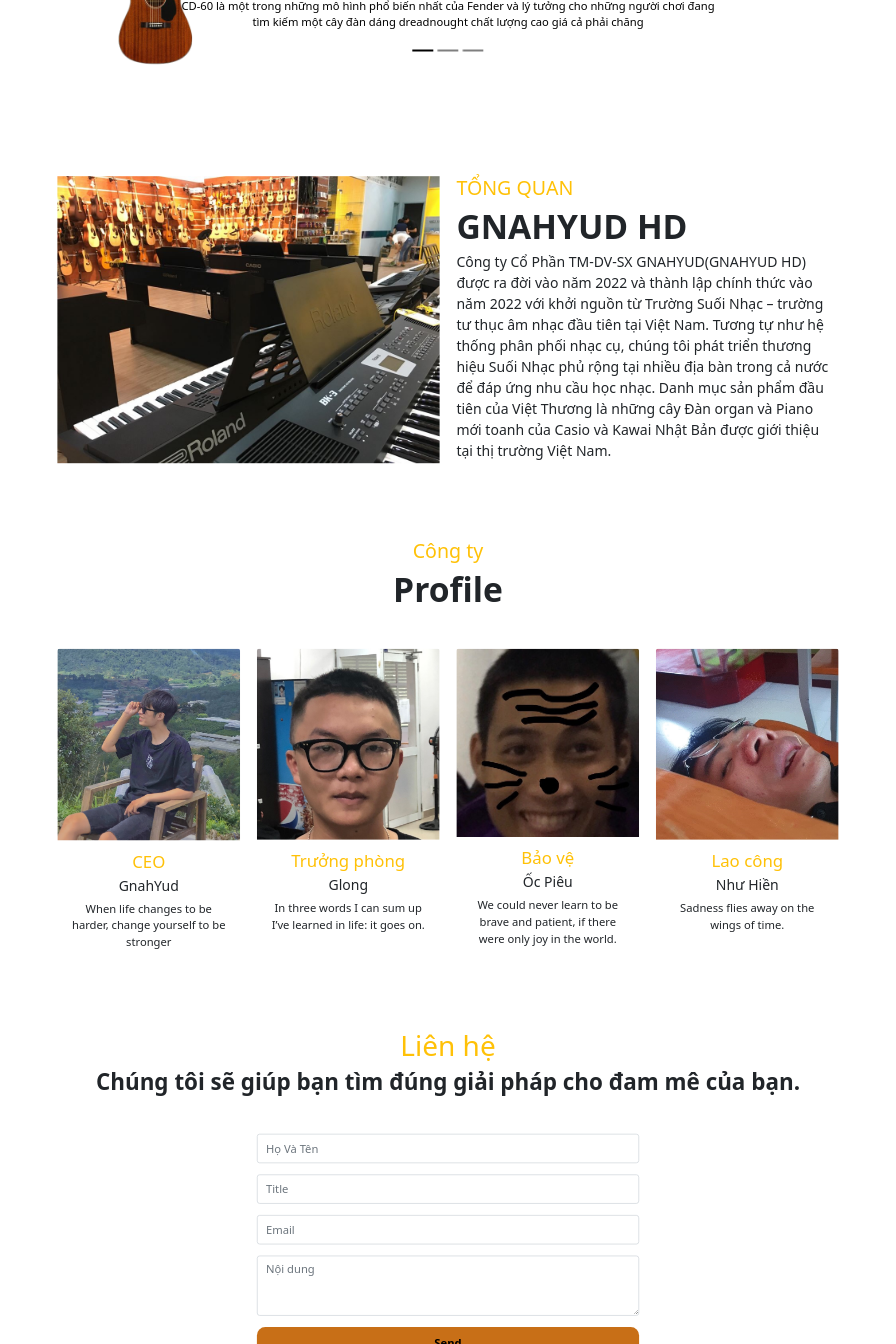
Repository: HoangDuy315/guitar
Page: index.html
These files come from the project's save history. The page is drawn as it stood at one moment and after the next save; the edit follows.
The browser window is 1280 px wide. The pictures show the part of the page from y = 2424 to 4344 px (the page is 4930 px tall before and 4938 px after), at 70% of full size.
Some web libraries are served in a nearby version.

Above is the page before, as saved 2022-09-17 20:17:57.

After the next save:
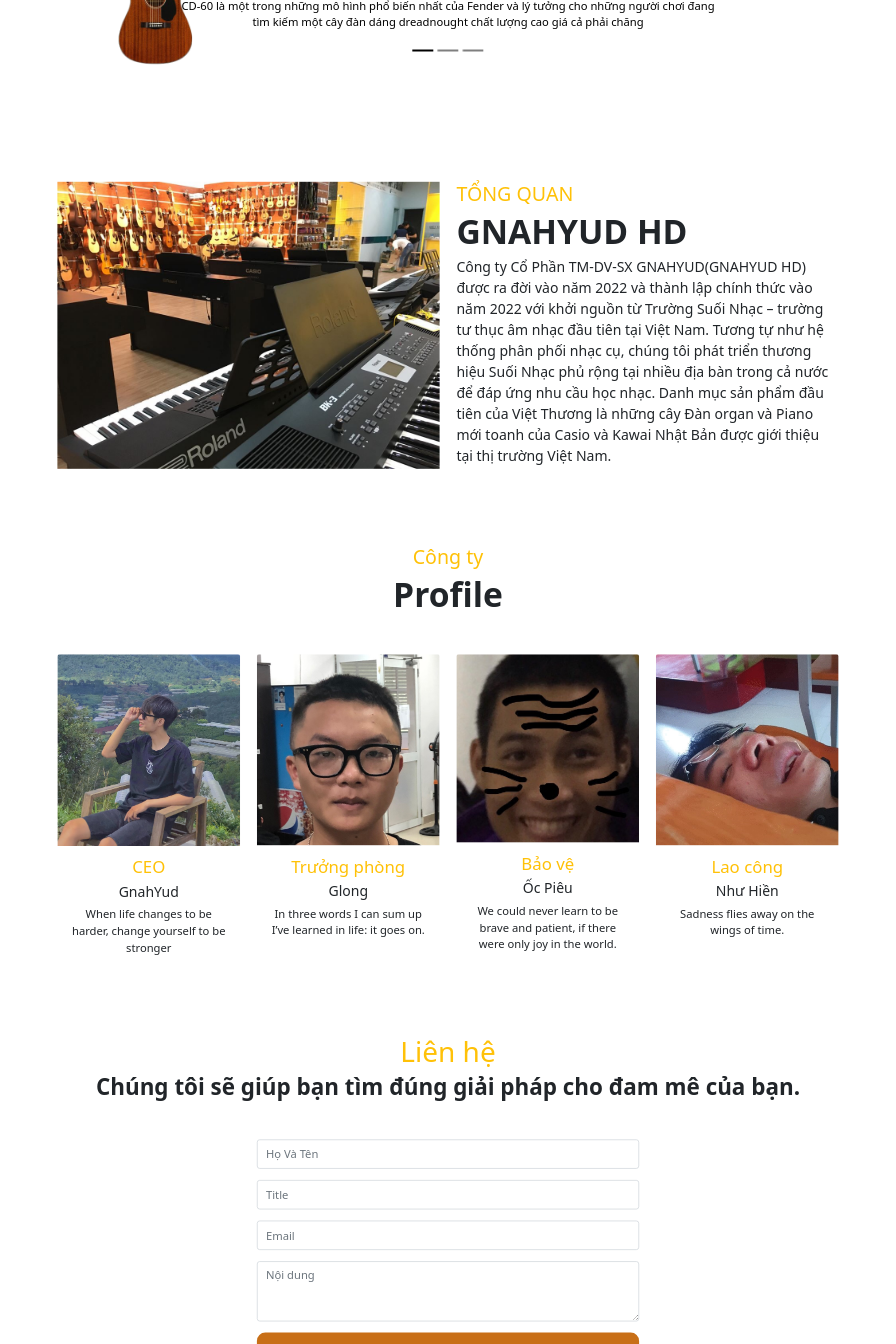
Saved 6 s later.
--- a/index.html
+++ b/index.html
@@ -199,7 +199,7 @@
      <!-- Carousel -->
      <section id="menu">
       <div class="container my-5 py-5">
-          <div class="row mb-2">
+          <div class="row mb-3">
               <div class="col-12 text-center">
                 <div id="carouselExampleDark" class="carousel carousel-dark slide" data-bs-ride="carousel">
                       <div class="carousel-indicators">
